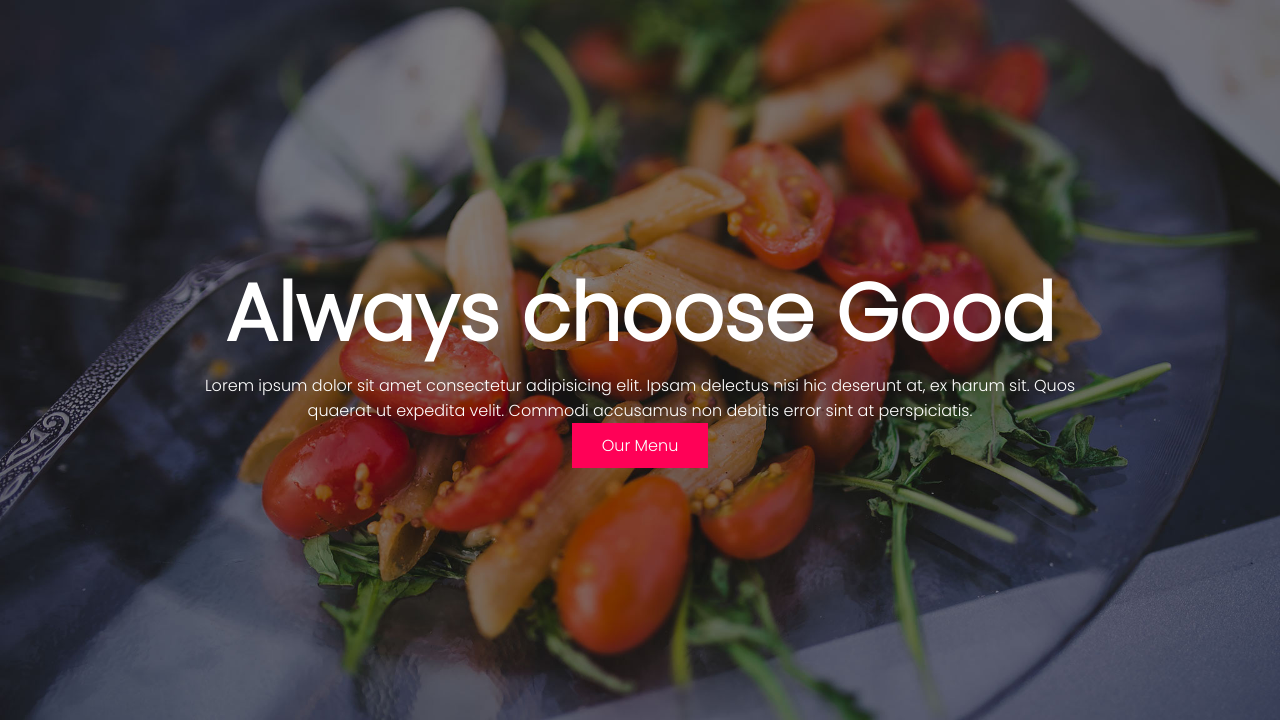
Repository: Adriandias1997/MobileFriendly_FoodWebsite
Page: index.html
These files come from the project's save history. The page is drawn as it stood at one moment and after the next save; the edit follows.
The browser window is 1280 px wide. The pictures show the whole page.

Above is the page before, as saved 2020-10-16 10:31:18.

### index.html
<!DOCTYPE html>
<html lang="en">

<head>
    <meta charset="UTF-8">
    <meta name="viewport" content="width=device-width, initial-scale=1.0">
    <title>Food</title>
    <link rel="stylesheet" href="style.css">
</head>

<body>
    <section class="banner" id="banner">
        <div class="content">
            <h2>Always choose Good</h2>
            <p>Lorem ipsum dolor sit amet consectetur adipisicing elit. Ipsam delectus nisi hic deserunt at, ex harum sit. Quos quaerat ut expedita velit. Commodi accusamus non debitis error sint at perspiciatis.</p>

            <a href="#" class="btn">Our Menu</a>
        </div>
    </section>





    <script src="index.js"></script>
</body>

</html>

### style.css
@import url("https://fonts.googleapis.com/css2?family=Poppins:wght@300&display=swap");
* {
    margin: 0;
    padding: 0;
    box-sizing: border-box;
    font-family: "Poppins", sans-serif;
}

p {
    font-weight: 300;
    color: #111;
}

.banner {
    position: relative;
    width: 100%;
    min-height: 100vh;
    display: flex;
    justify-content: center;
    align-items: center;
    background: url(./Images/bg.jpg);
    background-size: cover;
}

.banner .content {
    max-width: 900px;
    text-align: center;
}

.banner .content h2 {
    font-size: 5em;
    color: #fff;
}

.banner .content p {
    font-size: 1em;
    color: #fff;
}

.btn {
    font-size: 1em;
    color: #fff;
    background: #ff0157;
    display: inline-block;
    padding: 10px 30px;
    text-decoration: none;
}

Loaded but not shown: index.js (no copy from this time; the picture is the same without it)

After the next save:
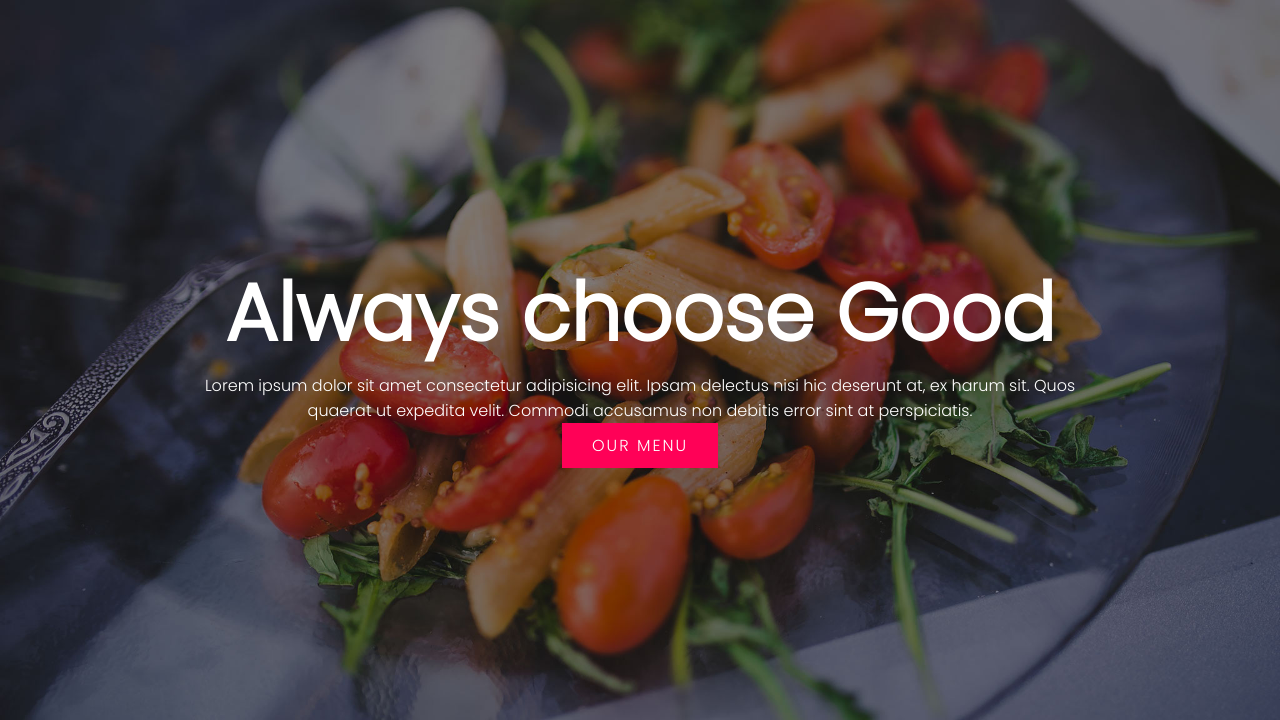
Saved 28 s later.
--- a/style.css
+++ b/style.css
@@ -43,5 +43,8 @@ p {
     background: #ff0157;
     display: inline-block;
     padding: 10px 30px;
+    text-transform: uppercase;
     text-decoration: none;
+    letter-spacing: 2px;
+    transition: 0.5s;
 }
